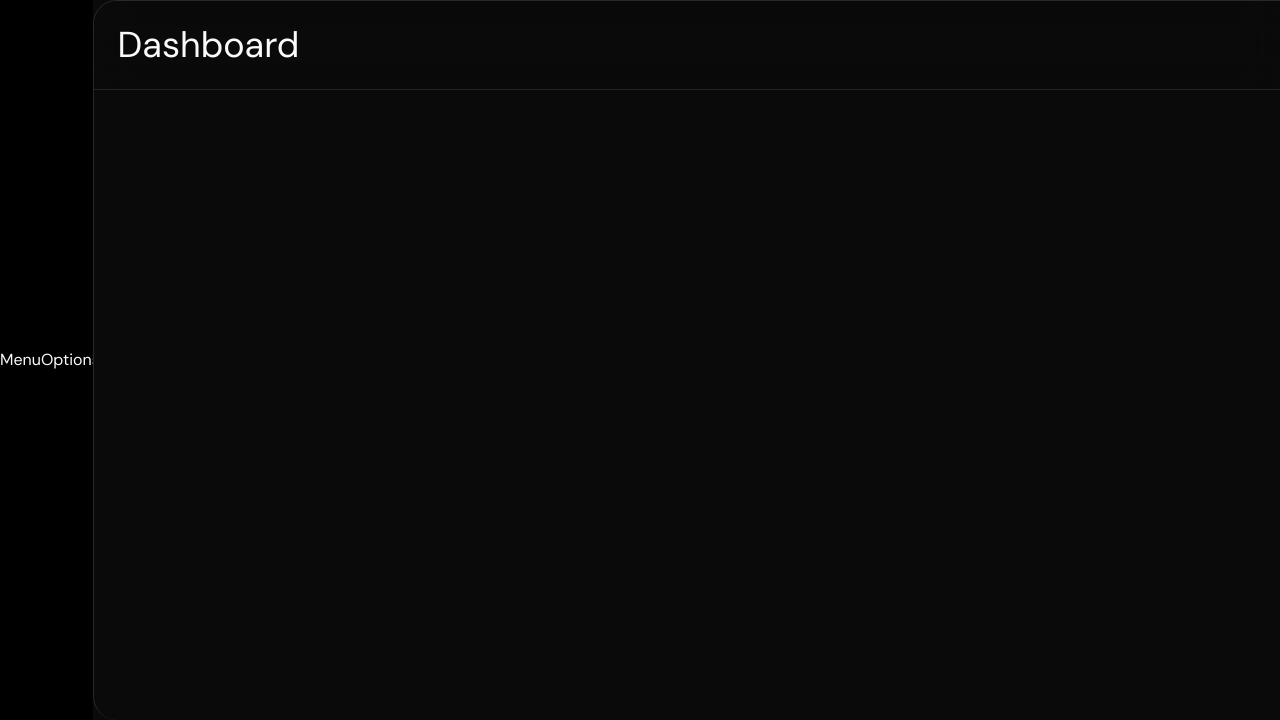
Repository: MikeeBuilds/fuzzi
Page: /dashboard
These files come from the project's save history. The page is drawn as it stood at one moment and after the next save; the edit follows.
The browser window is 1280 px wide. The pictures show the whole page.
The project was rebuilt for these pictures with package versions that can differ from the ones it lists, and the page was loaded fresh each time. The framework's server and built-in components were replaced by stand-ins that run in the browser. Also part of the build but not shown: next.config.mjs.

Above is the page before, as saved 2024-04-24 15:16:55.

After the next save:
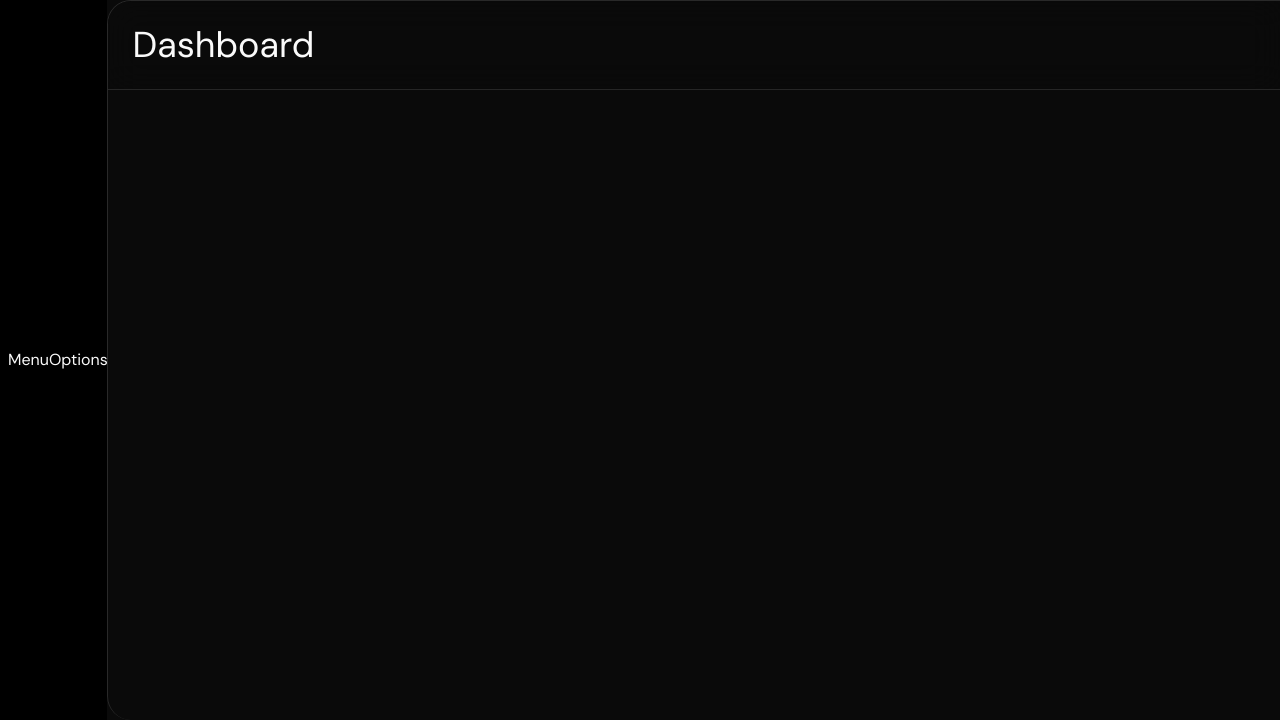
Saved 6 s later.
--- a/src/components/sidebar/index.tsx
+++ b/src/components/sidebar/index.tsx
@@ -8,7 +8,7 @@ type Props = {}
 const MenuOptions = (props: Props) => {
     const pathName = usePathname()
 
-  return <nav className='dark:bg-black h-screen overflow-scroll justify-between flex items-center fle-col gap-10 py-6'>MenuOptions</nav>
+  return <nav className='dark:bg-black h-screen overflow-scroll justify-between flex items-center fle-col gap-10 py-6 px-2'>MenuOptions</nav>
 
 }
 
